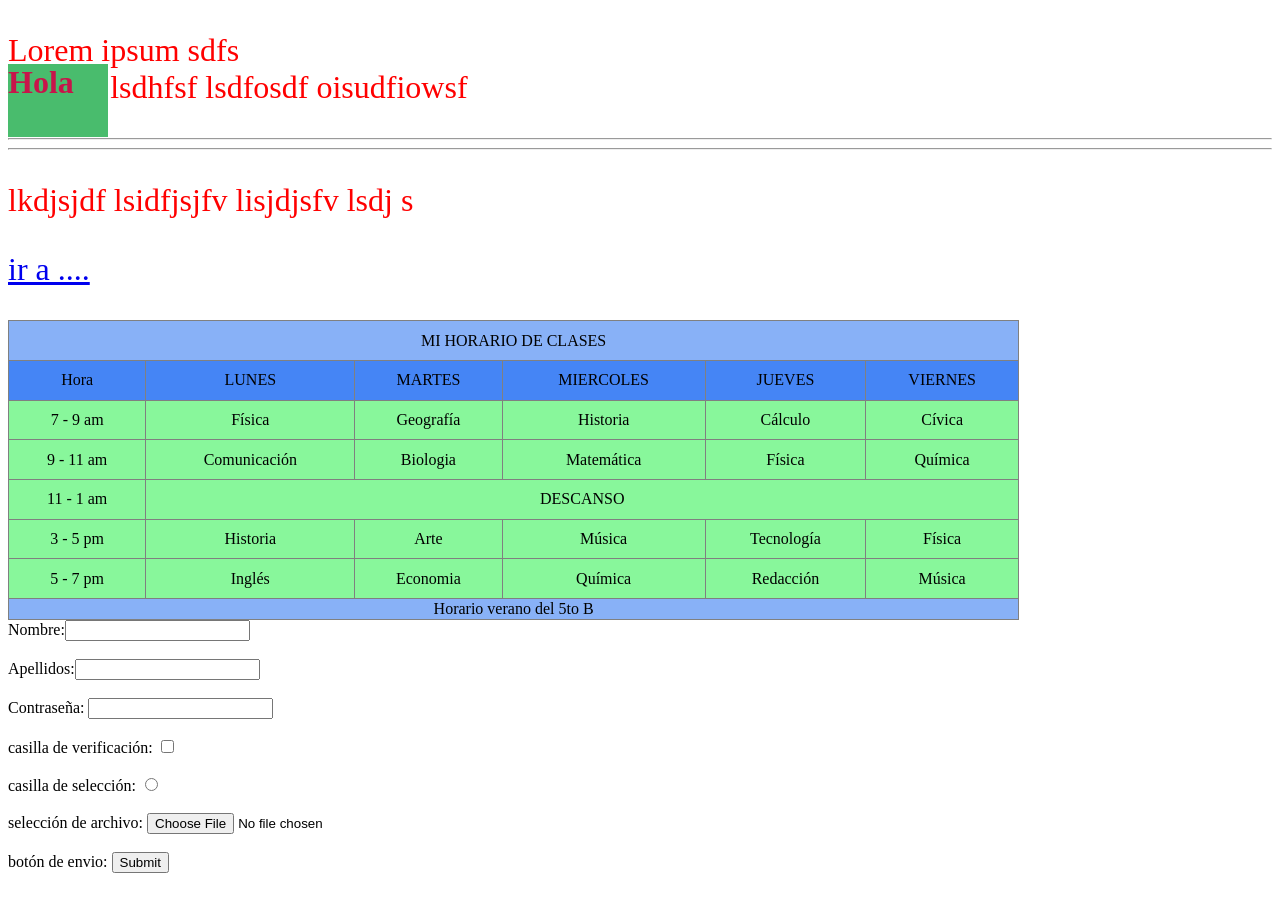
Repository: gadiazsaavedra/Unidad_2
Page: index.html
An editor plug-in stored every save of this project. The page is shown before and after a run of saves, followed by the edit.
The browser window is 1280 px wide. The pictures show the whole page.

Above is the page before, as saved 2023-08-07 16:36:26.

### index.html
<!DOCTYPE html>
<html>
  <head>
    <meta http-equiv="content-type" content="text/html; charset=UTF-8">
    <title>index.html</title>
    <link type="text/css" rel="stylesheet" href="css/main.css">
  </head>
  <body>
    <p style="width: 100px; height: 73px;" id="mi_parrafo">Hola</p>
    <!-- hago un coemtario ciaquiera -->
    <p>Lorem ipsum sdfs<br/> sdhfsdf lsdhfsf lsdfosdf oisudfiowsf </p>
    <hr/>
    <hr/>
    <p>lkdjsjdf lsidfjsjfv lisjdjsfv lsdj s</p>
    <p><a href="https://www.google.com/">ir a ....</a><br>
      <table border="1px" width ="80%" height ="300px" style="border-collapse:collapse; text-align:center;">
        <thead bgcolor="#88b1f7" height ="40px">
      <tr>
      <td colspan="6"> MI HORARIO DE CLASES </td>
      </tr>
        </thead>

        <tbody bgcolor="#88f79b">
      <tr bgcolor="#4585f5">
      <td> Hora  </td>
      <td> LUNES  </td>
      <td> MARTES </td>
      <td> MIERCOLES </td>
      <td> JUEVES </td>
      <td> VIERNES </td>
      </tr>

      <tr>
      <td> 7 - 9 am </td>
      <td> Física </td>
      <td> Geografía  </td>
      <td> Historia </td>
      <td> Cálculo </td>
      <td> Cívica </td>
      </tr>

      <tr>
      <td> 9 - 11 am </td>
      <td> Comunicación </td>
      <td> Biologia </td>
      <td> Matemática </td>
      <td> Física </td>
      <td> Química </td>
      </tr>

      <tr>
      <td> 11 - 1 am</td>
      <td colspan="5"> DESCANSO </td>
      </tr>


      <tr>
      <td> 3 - 5 pm</td>
      <td> Historia </td>
      <td> Arte </td>
      <td> Música </td>
      <td> Tecnología </td>
      <td> Física </td>
      </tr>
          <tr>
      <td> 5 - 7 pm</td>
      <td> Inglés </td>
      <td> Economia </td>
      <td> Química </td>
      <td> Redacción </td>
      <td> Música </td>
      </tr>

        </tbody>

           <tfoot bgcolor="#88b1f7">
          <tr>
      <td colspan="6"> Horario verano del 5to B  </td>
      </tr>
        </tfoot>

      </table>
      <form>
        Nombre:<input type="text"/>  <br/><br/>
        Apellidos:<input type="text"/>   <br/><br/>
        Contraseña: <input type="password"/>  <br/><br/>
        casilla de verificación: <input type="checkbox"/> <br/><br/>
        casilla de selección: <input type="radio"/>  <br/><br/>
        selección de archivo:  <input type="file">  <br/><br/>
        botón de envio: <input type="submit">
        </form>

    </p>
  </body>
</html>

### css/main.css
p {
  color: red;
  font-size: xx-large;
}

#mi_parrafo {
  color: #c8144a;
  font-weight: bold;
  background-color: #49bc6d;
  position: absolute;
}

After the next 3 saves:
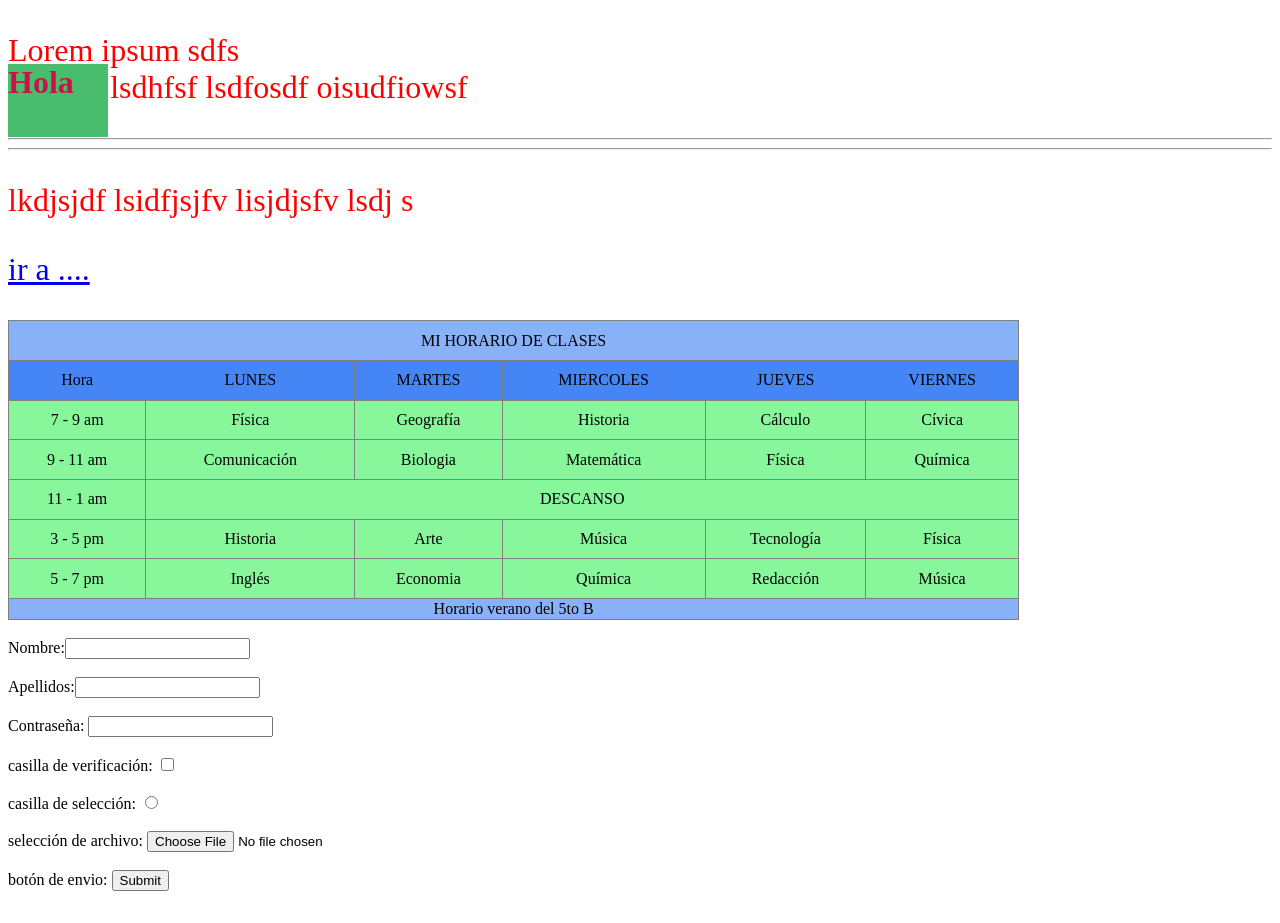
The 3 saves are shown as one change because they came seconds apart.
The last was saved 21 s later.
--- a/index.html
+++ b/index.html
@@ -80,6 +80,7 @@
         </tfoot>
 
       </table>
+      <br
       <form>
         Nombre:<input type="text"/>  <br/><br/>
         Apellidos:<input type="text"/>   <br/><br/>
